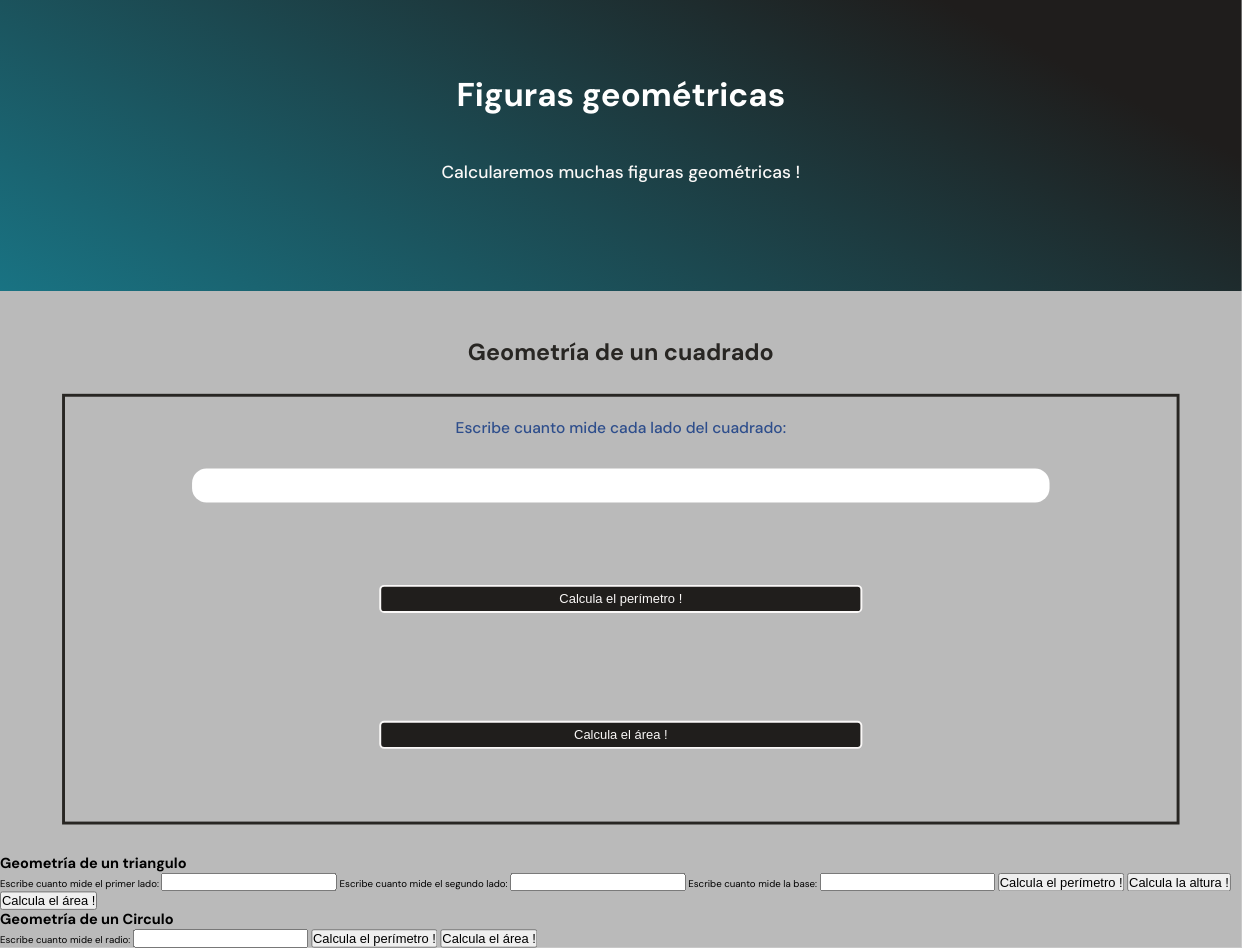
Repository: ChristianGecchelin/javascript-project
Page: javascript-project/figuras-geometricas/figuras.html
These files come from the project's save history. The page is drawn as it stood at one moment and after the next save; the edit follows.
The browser window is 1280 px wide. The pictures show the whole page, at 97% of full size.

Above is the page before, as saved 2021-12-01 23:58:02.

### javascript-project/figuras-geometricas/figuras.html
<!DOCTYPE html>
<html lang="en">
  <head>
    <meta charset="UTF-8" />
    <meta http-equiv="X-UA-Compatible" content="IE=edge" />
    <meta name="viewport" content="width=device-width, initial-scale=1.0" />
    <title>Figuras geométricas | Proyecto 1</title>
    <link rel="preconnect" href="https://fonts.googleapis.com" />
    <link rel="preconnect" href="https://fonts.gstatic.com" crossorigin />
    <link
      href="https://fonts.googleapis.com/css2?family=DM+Sans:wght@400;500;700&family=Inter:wght@300;500&display=swap"
      rel="stylesheet"
    />
    <link rel="stylesheet" href="./style.css" />
  </head>
  <body>
    <header>
      <div class="header--title-container">
        <h1>Figuras geométricas</h1>
        <p>Calcularemos muchas figuras geométricas !</p>
      </div>
    </header>
    <main>
      <section class="main-calculadora-contenedor">
        <h2 class="main-calculadora-contenedor--title">
          Geometría de un cuadrado
        </h2>
        <div class="main-calculadora-form-contenedor">
          <form action="">
            <label class="form--label-input" for=""
              >Escribe cuanto mide cada lado del cuadrado:</label
            >
            <input class="form--input" type="number" id="inputCuadrado" />
            <button
              class="form--input-boton"
              type="button"
              onclick="calcularPerimetroCuadrado()"
            >
              Calcula el perímetro !
            </button>
            <button
              class="form--input-boton"
              type="button"
              onclick="calcularAreaCuadrado()"
            >
              Calcula el área !
            </button>
            <!-- type button, para quitarle el submit por defecto y que no me redireccione a ningun lado -->
          </form>
        </div>
      </section>
      <section>
        <h2>Geometría de un triangulo</h2>
        <form action="">
          <label for="">Escribe cuanto mide el primer lado:</label>
          <input type="number" id="inputLado1" />
          <label for="">Escribe cuanto mide el segundo lado:</label>
          <input type="number" id="inputLado2" />
          <label for="">Escribe cuanto mide la base:</label>
          <input type="number" id="inputBase" />
          <button type="button" onclick="calcularPerimetroTriangulo()">
            Calcula el perímetro !
          </button>
          <button type="button" onclick="calcularAlturaTriangulo()">
            Calcula la altura !
          </button>
          <button type="button" onclick="calcularAreaTriangulo()">
            Calcula el área !
          </button>
          <!-- type button, para quitarle el submit por defecto y que no me redireccione a ningun lado -->
        </form>
      </section>
      <section>
        <h2>Geometría de un Circulo</h2>
        <form action="">
          <label for="">Escribe cuanto mide el radio:</label>
          <input type="number" id="inputRadio" />
          <button type="button" onclick="calcularPerimetroCirculo()">
            Calcula el perímetro !
          </button>
          <button type="button" onclick="calcularAreaCirculo()">
            Calcula el área !
          </button>
          <!-- type button, para quitarle el submit por defecto y que no me redireccione a ningun lado -->
        </form>
      </section>
    </main>
    <script src="./figurasConFunciones.js"></script>
  </body>
</html>

### javascript-project/figuras-geometricas/style.css
:root {
  --Dark-lightblue: #197383;
  --soft-orange: #ffe9d5;
  --secondary-blue: #1a9af7;
  --soft-blue: #e7f5ff;
  --warm-black: #201e1c;
  --black: #282623;
  --grey: #bababa;
  --off-white: #faf8f7;
  --just-white: #fff;
}
* {
  box-sizing: border-box;
  margin: 0;
  padding: 0;
}
html {
  font-size: 62.5%;
  font-family: "DM Sans", sans-serif;
}
header {
  position: relative;
  display: flex;
  flex-direction: column;
  justify-content: center;
  width: 100%;
  min-width: 320px;
  height: 300px;
  text-align: center;
  background: linear-gradient(207.8deg, #1f1d1c 16.69%, #197383 100%);
}
header .header--title-container {
  width: 90%;
  min-width: 288px;
  max-width: 900px;
  height: 200px;
  text-align: center;
  align-self: center;
}
header .header--title-container h1 {
  margin-top: 30px;
  margin-bottom: 50px;
  font-size: 3.4rem;
  font-weight: 700;
  line-height: 3.6rem;
  color: var(--just-white);
}
header .header--title-container p {
  font-size: 1.8rem;
  font-weight: 500;
  line-height: 2.2rem;
  color: var(--off-white);
}
main {
  width: 100%;
  height: auto;
  background-color: var(--grey);
  min-width: 320px;
}
.main-calculadora-contenedor {
  width: 90%;
  min-width: 280px;
  height: auto;
  margin: 0 auto;
  padding-top: 50px;
  padding-bottom: 30px;
  text-align: center;
}
.main-calculadora-contenedor--title {
  margin-bottom: 30px;
  font-size: 2.4rem;
  font-weight: 700;
  line-height: 2.6rem;
  color: var(--black);
}
.main-calculadora-form-contenedor {
  display: flex;
  flex-direction: column;
  justify-content: center;
  height: auto;
  border: 3px solid var(--black);
  padding: 20px 20px;
}
.main-calculadora-form-contenedor .form--label-input {
  display: block;
  font-size: 1.6rem;
  font-weight: 500;
  line-height: 2.4rem;
  color: rgba(34, 68, 136, 0.92);
}
.main-calculadora-form-contenedor .form--input {
  display: block;
  width: 80%;
  height: 35px;
  margin: 30px auto;
  border: none;
  border-radius: 15px;
  text-align: center;
  font-size: 2rem;
  font-weight: 500;
}
.main-calculadora-form-contenedor .form--input:focus {
  border: 5px solid var(--Dark-lightblue);
  width: 85%;
  border-radius: 15px;
}
.main-calculadora-form-contenedor .form--input-boton {
  width: 45%;
  height: auto;
  margin: 5%;
  padding: 5px 10px;
  border: 2px solid var(--off-white);
  border-radius: 5px;
  background-color: var(--warm-black);
  color: var(--off-white);
}

### javascript-project/figuras-geometricas/figurasConFunciones.js
/* Codigo del cuadrado */
console.group("Cuadrado");
function perimetroCuadrado(lado) {
  return lado * 4;
}
/* console.log(`Perimetro del cuadrado es: ${perimetroCuadrado} cm.`); */
function areaCuadrado(lado) {
  return (
    lado ** 2
  ); /* debe estar escrito de igual manera el parametro que el return */
}

/* console.log(`El area del cuadrado es: ${areaCuadrado} cm^2.`); */
console.groupEnd();

/* Codigo del triangulo */
console.group("Triangulo");

function perimetroTriangulo(lado1, lado2, base) {
  return lado1 + lado2 + base;
}
function calcularAltura(lado1, lado2, lado3) {
  let ladosIguales;
  let ladoBase;
  let altura;

  if (
    lado1 + lado2 <= lado3 ||
    lado1 + lado3 <= lado2 ||
    lado2 + lado3 <= lado1
  ) {
    alert(
      "En un triangulo la base no puede ser mayor a la suma de sus catetos"
    );
  } else {
    switch (true) {
      case lado1 === lado2:
        ladosIguales = lado1;
        ladoBase = lado3;
        break;
      case lado1 === lado3:
        ladosIguales = lado1;
        ladoBase = lado2;
        break;
      case lado3 === lado2:
        ladosIguales = lado2;
        ladoBase = lado1;
        break;
    }
    if (!ladosIguales) {
      alert("Tu triangulo no es isosceles, ingresa la altura");
    } else {
      altura = Math.sqrt(ladosIguales ** 2 - ladoBase ** 2 / 4);
    }
  }
  return ladosIguales, ladoBase, altura;
}
function areaTriangulo(ladoBase, altura) {
  return (
    (ladoBase * altura) / 2
  ); /* tengo que llamar a la funcion altura para pasarle el dato */
}
console.groupEnd();

//Codigo Circulo
console.group("Circulo");
function diametroCirculo(radio) {
  return radio * 2;
}
const pi = Math.PI;
function circunferencia(radio) {
  const diametro = diametroCirculo(radio);
  /* llamo a una funcion dentro de otra y creo una variable que tiene alcance local */
  return diametro * pi;
}
function superficieCirculo(radio) {
  return pi * radio ** 2;
}

console.groupEnd();
/* Creo una funcion, que a traves del id obtengo lo que el usuario ingreso en el input. y con eso le saco el value que le paso
a la funcion que cree antes y es la encargada de hacer el calculo para luego mostrarse en un aler */
function calcularPerimetroCuadrado() {
  const input = document.getElementById("inputCuadrado");
  const value = input.value;
  const perimetro = perimetroCuadrado(value);
  alert(perimetro);
}
function calcularAreaCuadrado() {
  const input = document.getElementById("inputCuadrado");
  const value = input.value;
  const area = areaCuadrado(value);
  alert(area);
}

function calcularPerimetroTriangulo() {
  const inputLado1 = document.getElementById("inputLado1");
  const valueLado1 = Number(inputLado1.value);
  const inputLado2 = document.getElementById("inputLado2");
  const valueLado2 = Number(inputLado2.value);
  const inputBase = document.getElementById("inputBase");
  const valueBase = Number(inputBase.value);
  /* Es importante ponerle number porque por mas que el input tenga type number, este lo transforma como un string */
  const perimetro = perimetroTriangulo(valueLado1, valueLado2, valueBase);
  alert(perimetro);
}

function calcularAlturaTriangulo() {
  const inputLado1 = document.getElementById("inputLado1");
  const valueLado1 = Number(inputLado1.value);
  const inputLado2 = document.getElementById("inputLado2");
  const valueLado2 = Number(inputLado2.value);
  const inputBase = document.getElementById("inputBase");
  const valueBase = Number(inputBase.value);
  const alturaTriangulo = calcularAltura(valueLado1, valueLado2, valueBase);
  alert(alturaTriangulo);
}

function calcularAreaTriangulo() {
  /* const inputAltura = document.getElementById("inputAltura");
  const valueAltura = Number(inputAltura.value);
  const inputBase = document.getElementById("inputBase");
  const valueBase = inputBase.value;
  const area = areaTriangulo(valueAltura, valueBase);
  alert(area); */
  const inputLado1 = document.getElementById("inputLado1");
  const valueLado1 = Number(inputLado1.value);
  const inputLado2 = document.getElementById("inputLado2");
  const valueLado2 = Number(inputLado2.value);
  const inputBase = document.getElementById("inputBase");
  const valueBase = Number(inputBase.value);
  const altura = calcularAltura(valueLado1, valueLado2, valueBase);
  const area = areaTriangulo(valueBase, altura);
  alert(area);
}

function calcularPerimetroCirculo() {
  const inputRadio = document.getElementById("inputRadio");
  const valueRadio = inputRadio.value;
  const perimetro = circunferencia(valueRadio);
  alert(perimetro);
}
function calcularAreaCirculo() {
  const inputRadio = document.getElementById("inputRadio");
  const valueRadio = inputRadio.value;
  const superficie = superficieCirculo(valueRadio);
  alert(superficie);
}

After the next save:
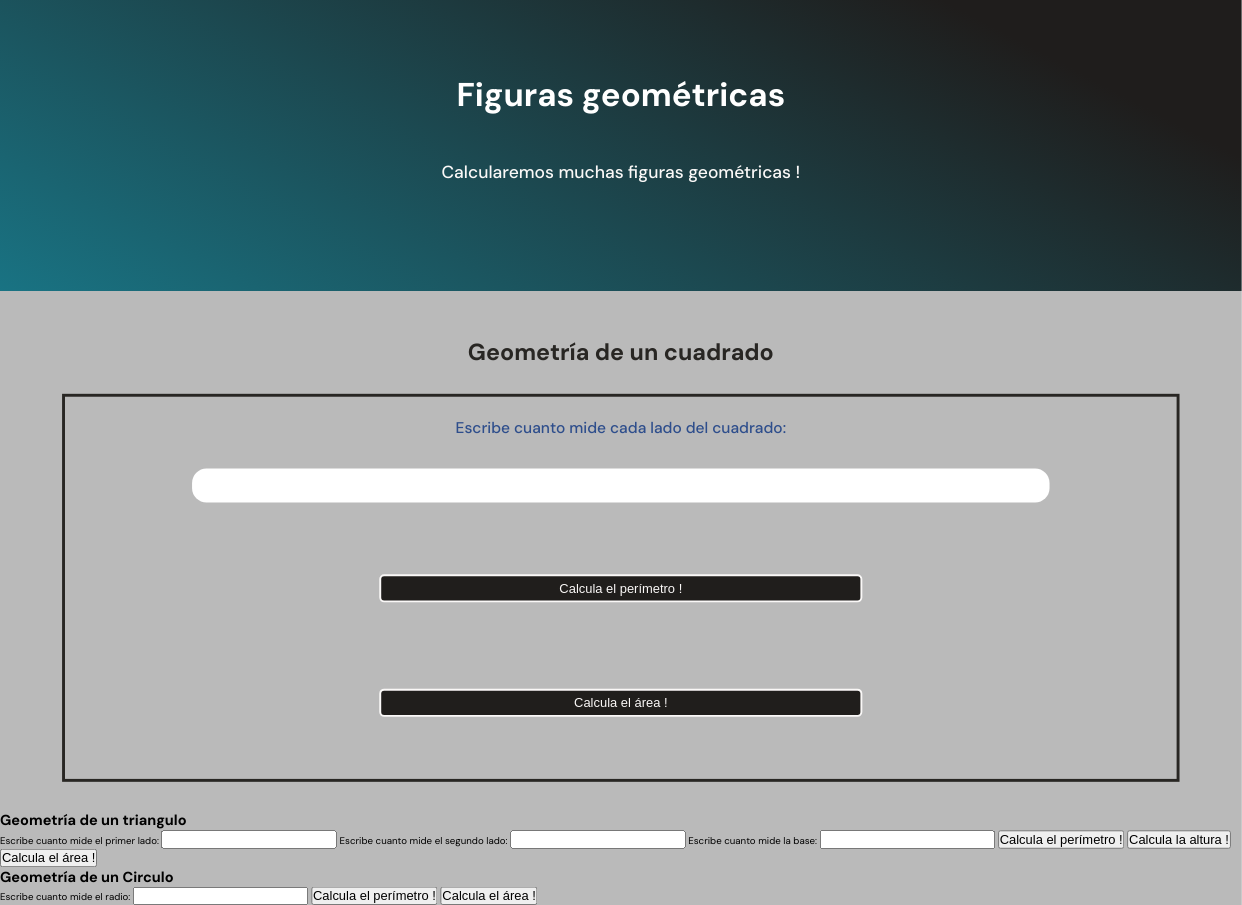
Saved 4 s later.
--- a/javascript-project/figuras-geometricas/style.css
+++ b/javascript-project/figuras-geometricas/style.css
@@ -107,7 +107,7 @@ main {
 .main-calculadora-form-contenedor .form--input-boton {
   width: 45%;
   height: auto;
-  margin: 5%;
+  margin: 4%;
   padding: 5px 10px;
   border: 2px solid var(--off-white);
   border-radius: 5px;
